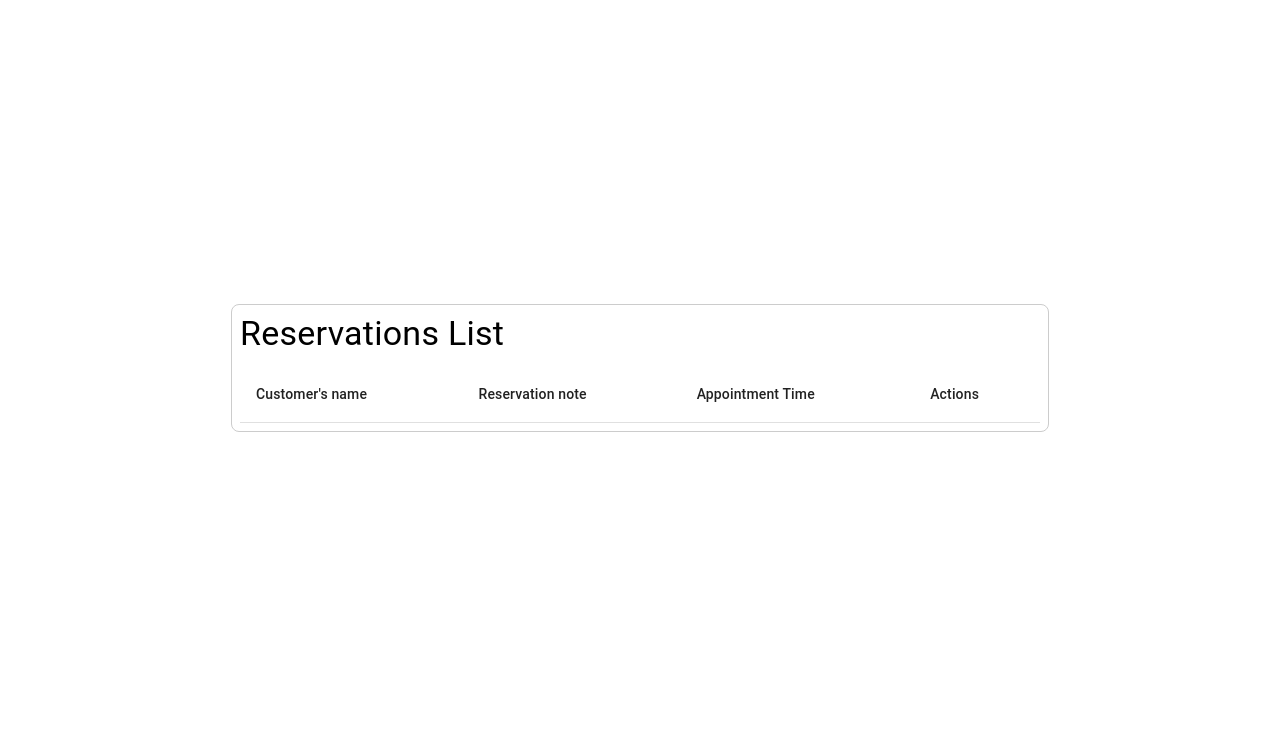
Repository: dovix58/PSP
Page: /beauty (app in frontEnd/)
An editor plug-in stored every save of this project. The page is shown before and after a run of saves, followed by the edit.
The browser window is 1280 px wide. The pictures show the whole page.
The page's requests for data from a server got no answer. The project was rebuilt for these pictures with package versions that can differ from the ones it lists, and the page was loaded fresh each time. No one was signed in, and anything a server would have sent is missing. Also part of the build but not shown: frontEnd/vite.config.ts, frontEnd/src/LandingPage.tsx, frontEnd/src/api/productAPI.ts, frontEnd/src/CreateOrder.tsx, frontEnd/src/api/OrderApi.ts, frontEnd/src/PaymentModal.tsx, frontEnd/src/OrderList.tsx, frontEnd/src/Styles.ts and 3 more.

Above is the page before, as saved 2024-12-19 13:29:21.

### frontEnd/src/main.tsx
import React from 'react';
import ReactDOM from 'react-dom/client';
import {createBrowserRouter, RouterProvider} from "react-router-dom";
import LandingPage from "./LandingPage";
import CateringPage from "./CatringPage";
import BeautyPage from "./BeautyPage";

const router = createBrowserRouter([
    {
        path: '/',
        element: <LandingPage />
    },
    {
        path: '/catering',
        element: <CateringPage />
    },
    {
        path: "/beauty",
        element: <BeautyPage/>
    }
]);
ReactDOM.createRoot(
    document.getElementById('root') as HTMLElement
).render(
    <React.StrictMode>
        <RouterProvider router={router} />
    </React.StrictMode>
);

### frontEnd/src/BeautyPage.tsx
import React from "react";
import { Box } from "@mui/material";
import ReservationList from "./ReservationList";

export default function BeautyPage() {
  return (
    <Box
      component="div"
      sx={{
        display: "flex",
        flexDirection: "column",
        alignItems: "center",
        justifyContent: "center",
        height: "100vh",
        gap: 3,
      }}
    >
      <ReservationList />
    </Box>
  );
}

### frontEnd/src/ReservationList.tsx
import React, { useEffect, useState } from "react";
import { format } from "date-fns";
import {
  Box,
  Typography,
  CircularProgress,
  Table,
  TableContainer,
  TableHead,
  TableRow,
  TableCell,
  TableBody,
  Button,
} from "@mui/material";

interface Reservation {
  id: string; // UUID
  businessId: string; // UUID
  userId: string; // UUID
  customer: string;
  note: string;
  createdAt: string; // ISO 8601 DateTime format
  updatedAt: string; // ISO 8601 DateTime format
  appointmentTime: string; // ISO 8601 DateTime format
}

type ReservationsResponse = Reservation[];

export default function ReservationList() {
  const [reservations, setReservations] = useState<null | ReservationsResponse>(
    null
  );
  const [isLoading, setIsLoading] = useState(false);

  //Handler for a delete button
  const onDeleteHandler = async (id: string) => {
    try {
      const success = await deleteReservations(id);
      if (success) {
        await getReservations(); // Fetch updated reservations only on success
      }
    } catch (error) {
      console.error("Error during deletion:", error);
    }
  };

  const deleteReservations = async (id: string): Promise<boolean> => {
    try {
      const response = await fetch(`api/v1/reservations/${id}`, {
        method: "DELETE",
      });
      if (response.status === 204) {
        console.log("Reservation deleted successfully.");
        return true;
      } else {
        console.error("Failed to delete the reservation.");
        return false;
      }
    } catch (error) {
      console.error("Error during deletion:", error);
      return false;
    }
  };

  const getReservations = async () => {
    setIsLoading(true);
    try {
      const res = await fetch("api/v1/reservations");
      const resData = await res.json();
      console.log(resData);
      setReservations(resData);
      setIsLoading(false);
    } catch (e) {
      setIsLoading(false);
      console.error("Error fetching reservations:", e);
    }
  };

  useEffect(() => {
    getReservations();
  }, []);
  return (
    <Box
      sx={{
        border: "1px solid #ccc",
        borderRadius: "8px",
        padding: "8px",
        margin: "8px 0",
        maxHeight: 400,
        width: 800,
        overflowY: "auto",
      }}
    >
      <Typography variant="h4" gutterBottom>
        Reservations List
      </Typography>{" "}
      {isLoading ? (
        <CircularProgress />
      ) : reservations != null && reservations.length === 0 ? (
        <Typography variant="h6">No reservations are made...</Typography>
      ) : (
        <TableContainer>
          <Table>
            <TableHead>
              <TableRow>
                <TableCell align="left">Customer's name</TableCell>
                <TableCell align="left">Reservation note</TableCell>
                <TableCell align="left">Appointment Time</TableCell>
                <TableCell align="left">Actions</TableCell>
              </TableRow>
            </TableHead>
            <TableBody>
              {reservations?.map((r, index) => (
                <TableRow key={r.id}>
                  <TableCell align="left">{r.customer}</TableCell>
                  <TableCell align="left">{r.note}</TableCell>
                  <TableCell align="left">
                    {format(new Date(r.appointmentTime), "MMMM d, yyyy hh:mm ")}
                  </TableCell>
                  <TableCell align="left">
                    <Button
                      variant="outlined"
                      color="error"
                      onClick={() => onDeleteHandler(r.id)}
                    >
                      Delete
                    </Button>
                  </TableCell>
                </TableRow>
              ))}
            </TableBody>
          </Table>
        </TableContainer>
      )}
    </Box>
  );
}

### frontEnd/src/CreateReservation.tsx
import React from "react";
import {
  Box,
  Typography,
  CircularProgress,
  Table,
  TableContainer,
  TableHead,
  TableRow,
  TableCell,
  TableBody,
  Button,
} from "@mui/material";

export default function CreateReservation() {
  return (
    <Box
      sx={{
        border: "1px solid #ccc",
        borderRadius: "8px",
        padding: "8px",
        margin: "8px 0",
        maxHeight: 400,
        width: 800,
        overflowY: "auto",
      }}
    >
      Hello!
    </Box>
  );
}

Loaded but not shown: frontEnd/index.html (common file)

After the next 2 saves:
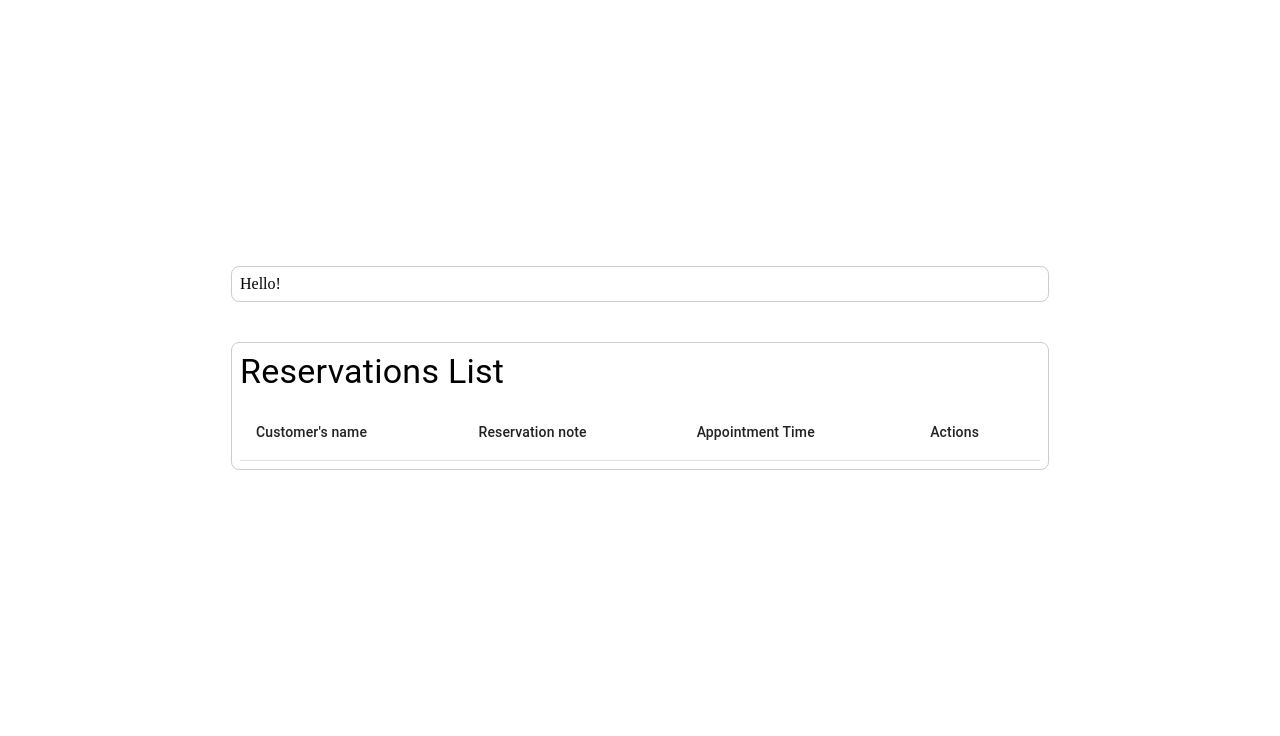
The 2 saves are shown as one change because they came seconds apart.
The last was saved 8 s later.
--- a/frontEnd/src/BeautyPage.tsx
+++ b/frontEnd/src/BeautyPage.tsx
@@ -1,6 +1,7 @@
 import React from "react";
 import { Box } from "@mui/material";
 import ReservationList from "./ReservationList";
+import CreateReservation from "./CreateReservation";
 
 export default function BeautyPage() {
   return (
@@ -15,6 +16,7 @@ export default function BeautyPage() {
         gap: 3,
       }}
     >
+      <CreateReservation />
       <ReservationList />
     </Box>
   );
